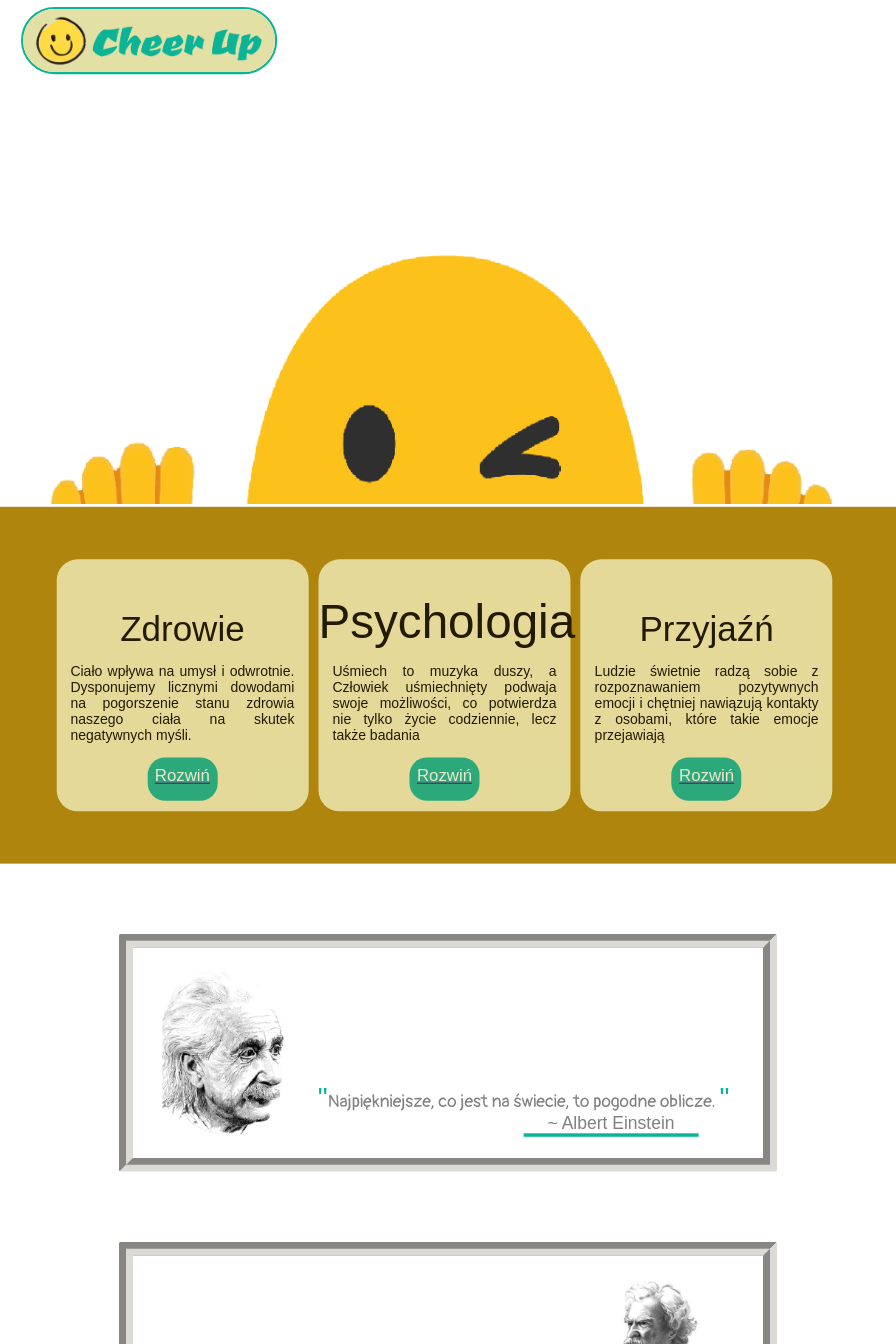
Repository: addstaw/moja-strona
Page: index.html
These files come from the project's save history. The page is drawn as it stood at one moment and after the next save; the edit follows.
The browser window is 1280 px wide. The pictures show the part of the page from y = 0 to 1920 px (the page is 3784 px tall), at 70% of full size.
Some web fonts or font styles are not loaded; a fallback is used.

Above is the page before, as saved 2020-05-21 21:48:14.

After the next save:
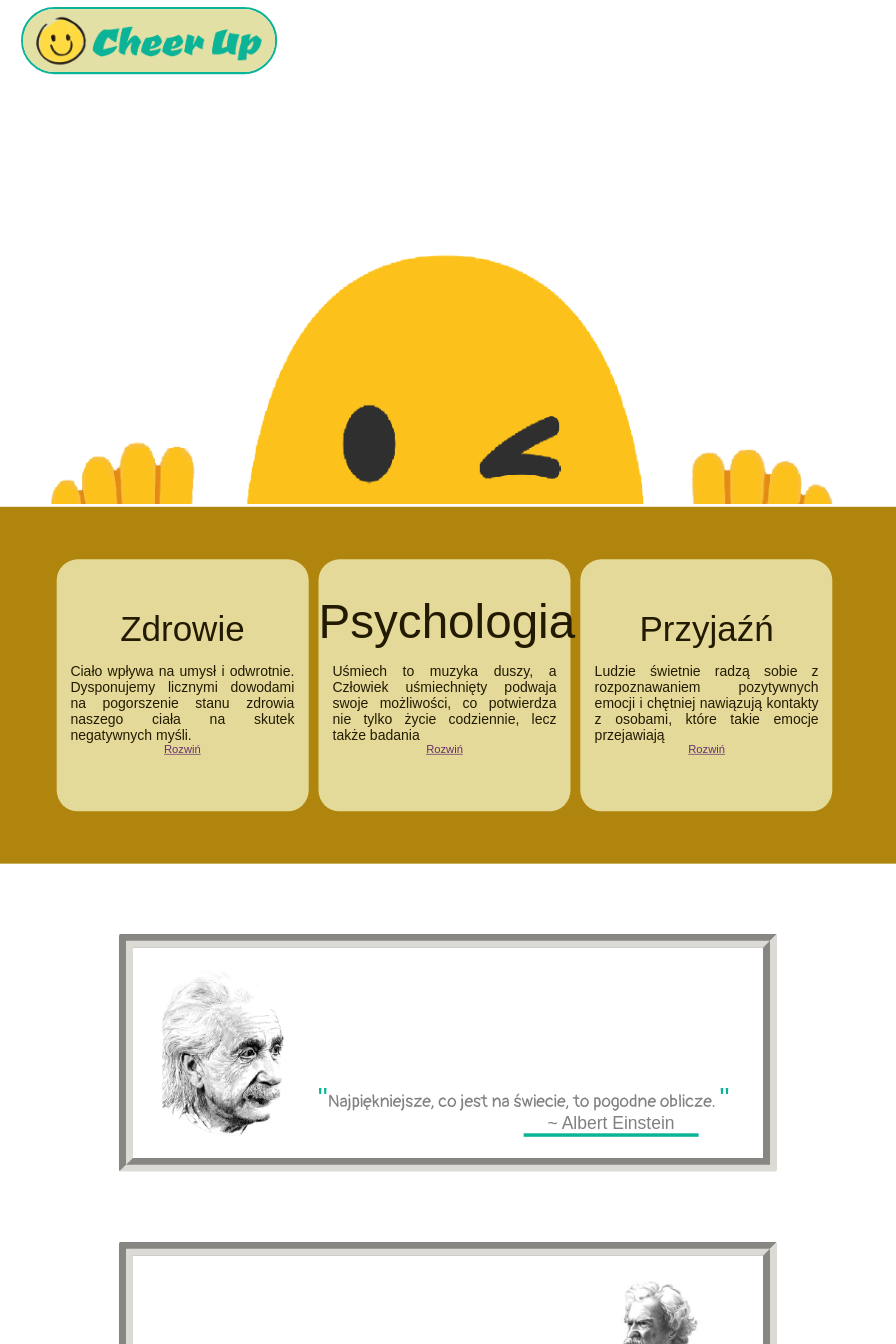
Saved 29 s later.
--- a/index.html
+++ b/index.html
@@ -35,7 +35,7 @@
                         <article><div class="contentIntroduce">
                             Ciało wpływa na umysł i odwrotnie. Dysponujemy licznymi dowodami na pogorszenie stanu zdrowia naszego ciała na skutek negatywnych myśli.
                         </div>
-                        <a href=""> <div class="button">Rozwiń</div></a>
+                        <a href=""> <div class="buton">Rozwiń</div></a>
                     </article>
                     </div>
                     <div id="introduce">
@@ -44,7 +44,7 @@
                             Uśmiech to muzyka duszy, a Człowiek uśmiechnięty podwaja swoje możliwości, co potwierdza nie tylko życie codziennie,
                              lecz także badania
                         </div>
-                        <a href=""> <div class="button">Rozwiń</div></a>
+                        <a href=""> <div class="buton">Rozwiń</div></a>
                     </article>
                     </div>
                     <div id="introduce">
@@ -53,7 +53,7 @@
                             Ludzie świetnie radzą sobie z rozpoznawaniem pozytywnych emocji i chętniej nawiązują kontakty z osobami,
                              które takie emocje przejawiają
                         </div>
-                      <a href=""> <div class="button">Rozwiń</div></a>
+                      <a href=""> <div class="buton">Rozwiń</div></a>
                     </article>
                     </div>
                 </div>

After the save that followed:
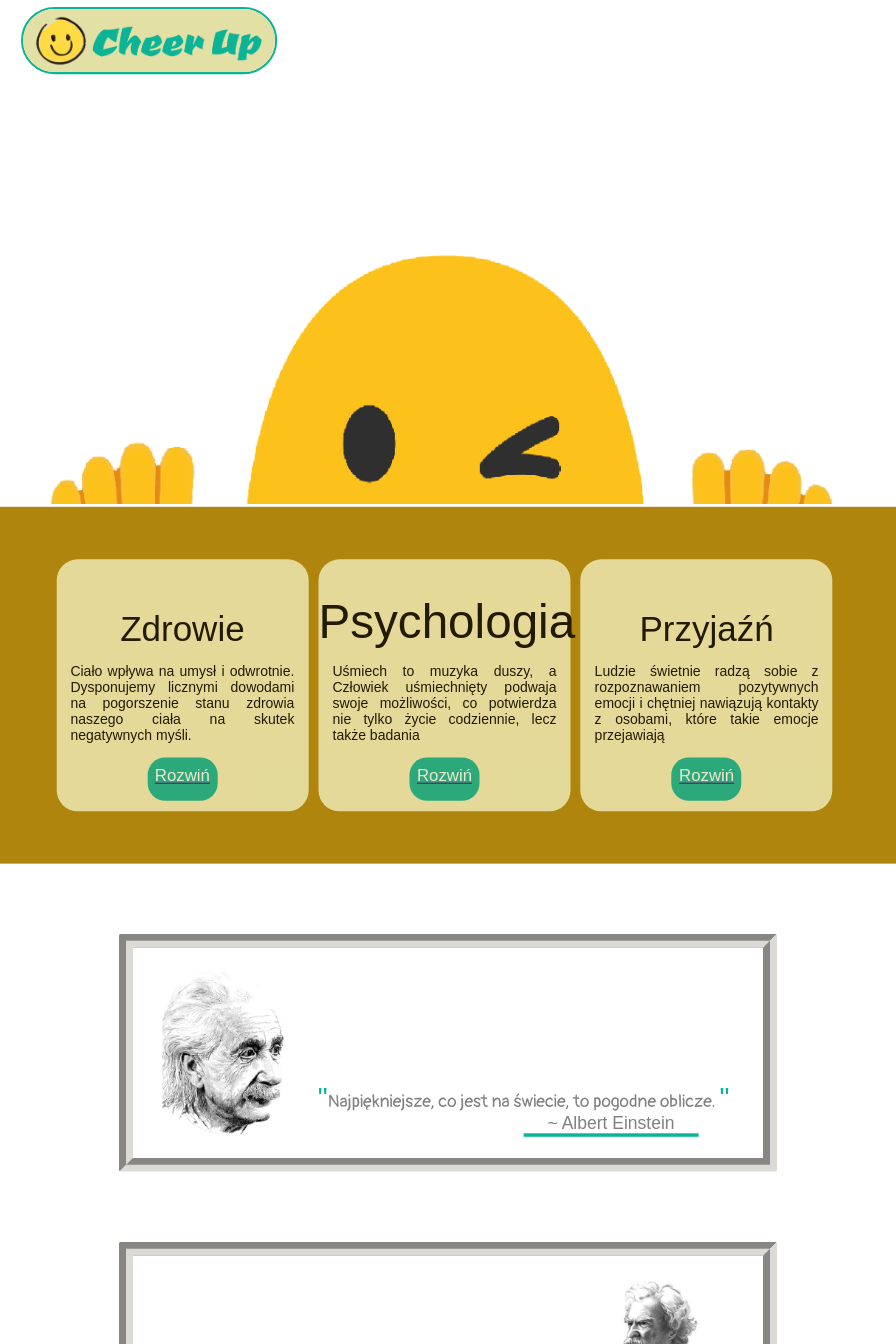
Saved 7 s later.
--- a/css/style8.css
+++ b/css/style8.css
@@ -68,7 +68,7 @@
         opacity: 100%;
         transition: 0.25s;
     }
-    .button{
+    .buton{
         text-decoration: none;
         margin-top: 20px;
         width: 100px;
